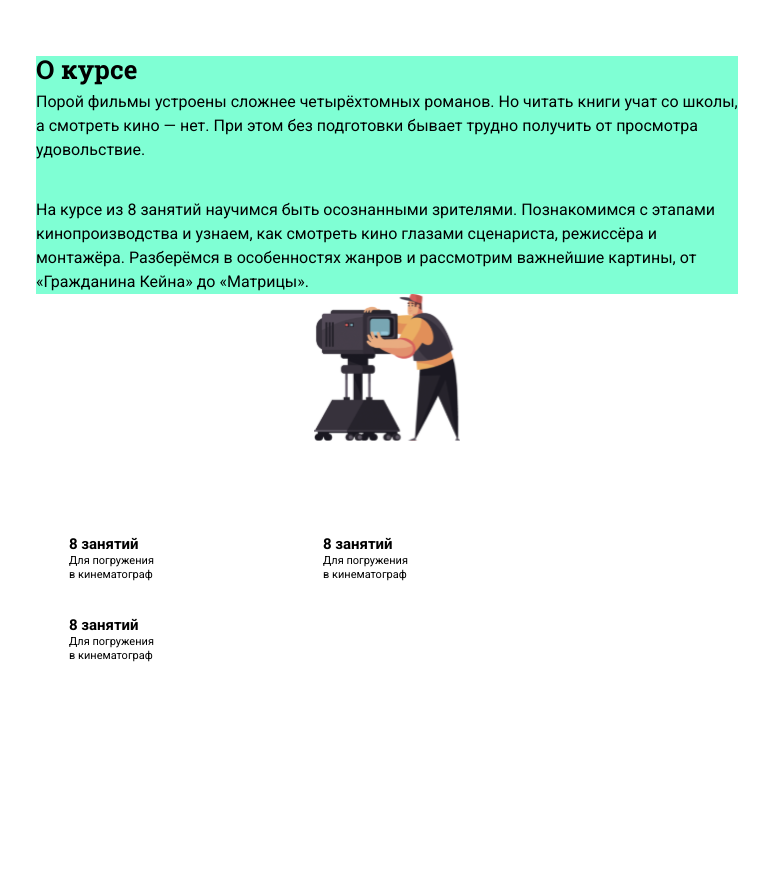
Repository: mirali879/Figma-project1
Page: index.html
The author's editor kept a copy of each file at every save. The page is drawn from the files as they stood at one save, then again after a run of saves.
The browser window is 768 px wide. The pictures show the whole page.

Above is the page before, as saved 2023-04-30 12:30:47.

After the next 3 saves:
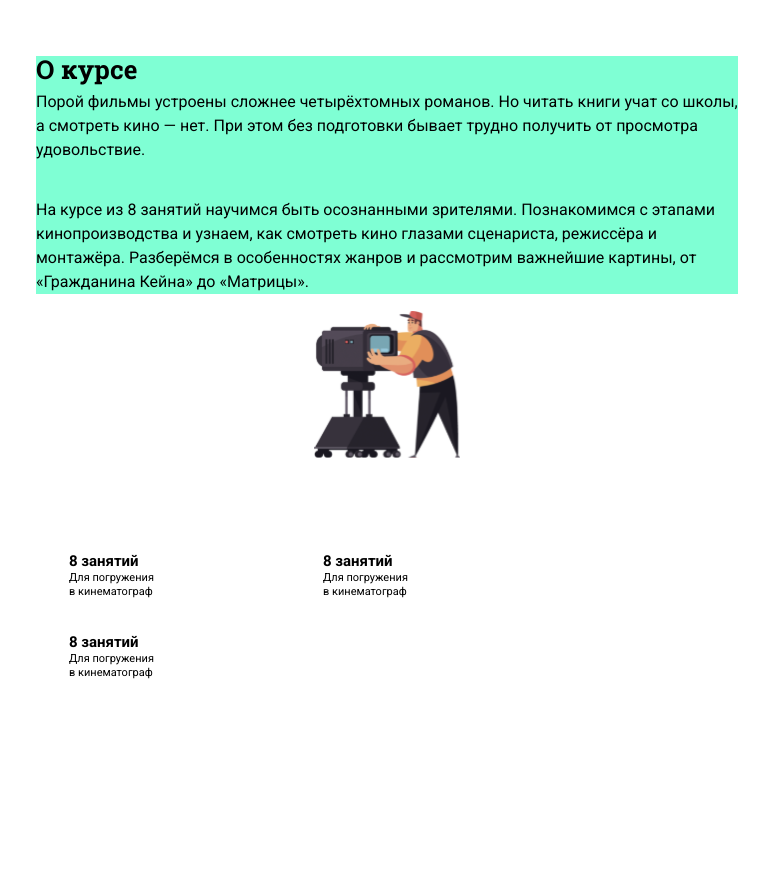
The 3 saves are shown as one change because they came seconds apart.
The last was saved 11 s later.
--- a/index.css
+++ b/index.css
@@ -163,7 +163,7 @@ li h5 {
 
   .right {
     width: 100%;
-
+    margin-top: 17px;
     display: flex;
     align-items: center;
     justify-content: center;
